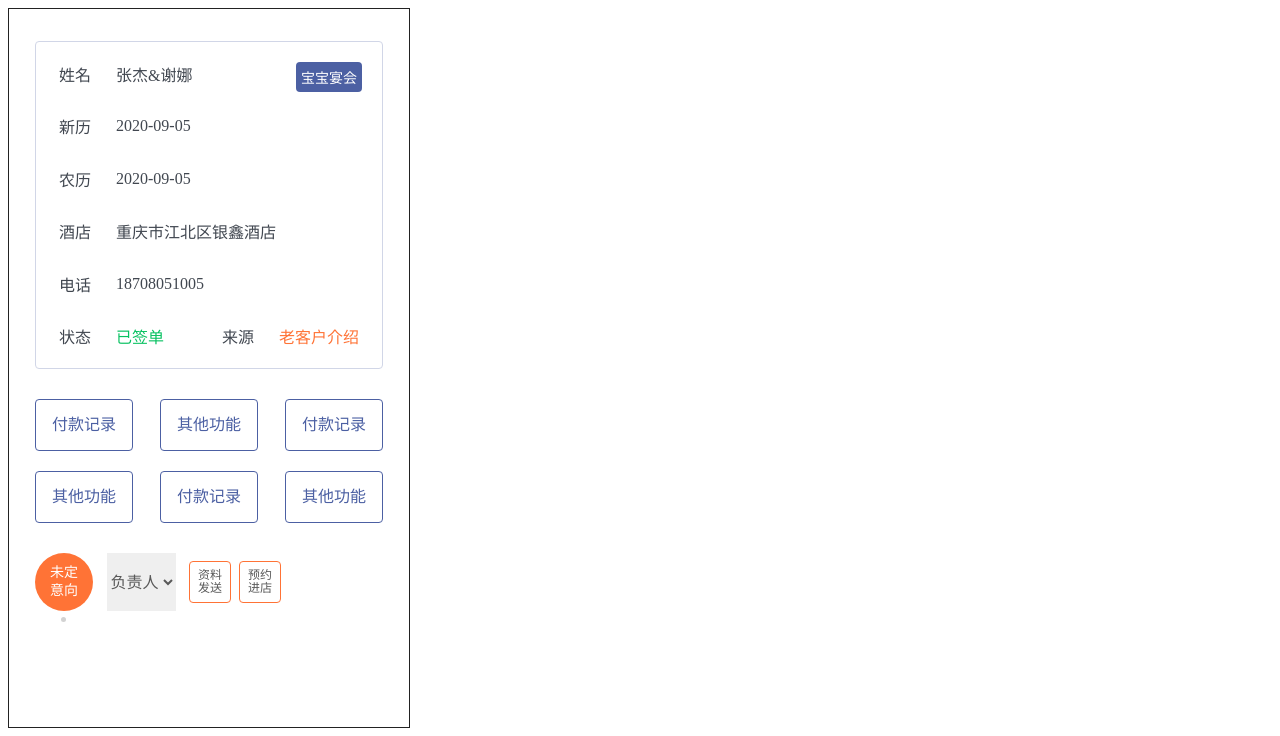
Repository: Lairuola/wedding-1
Page: index.html
These files come from the project's save history. The page is drawn as it stood at one moment and after the next save; the edit follows.
The browser window is 1280 px wide. The pictures show the whole page.

Above is the page before, as saved 2020-12-17 14:40:30.

### index.html
<!--
 * @Author       : 濑若拉
 * @Date         : 2020-12-17 10:22:14
 * @LastEditors  : 濑若拉
 * @LastEditTime : 2020-12-17 14:40:30
 * @FilePath     : /slidebar/index.html
-->


<!DOCTYPE html>
<html lang="en">

<head>
  <meta charset="UTF-8">
  <meta name="viewport" content="width=device-width, initial-scale=1.0">
  <title>Document</title>
  <style>
    .slide-left {
      width: 402px;
      height: 100vh;
      box-sizing: border-box;
      padding: 32px 26px;
      overflow-y: auto;
      display: flex;
      flex-direction: column;
      align-items: center;
      border: 1px solid #222;
    }

    .info {
      width: 100%;
      height: 328px;
      display: flex;
      flex-direction: column;
      justify-content: space-between;
      padding: 20px 23px;
      position: relative;
      box-sizing: border-box;
      border-radius: 4px;
      border: solid 1px #d1d6e7;
    }

    .info .row {
      width: 100%;
      display: flex;
      font-size: 16px;
      color: #414750;
      flex-direction: row;
      align-items: center;
    }

    .info .row .label,
    .info .end-row .item .label {
      margin-right: 25px;
    }

    .info .end-row {
      width: 100%;
      display: flex;
      flex-direction: row;
      align-items: center;
      justify-content: space-between;
      font-size: 16px;
      color: #414750;
    }

    .info .end-row .item {
      display: flex;
      flex-direction: row;
      align-items: center;
      font-size: 16px;
      color: #414750;
    }

    .info .info-tag {
      padding: 5px;
      background-color: #4c60a3;
      border-radius: 4px;
      font-size: 14px;
      color: #fff;
      position: absolute;
      top: 20px;
      right: 20px;
    }

    .btn-area {
      width: 100%;
      display: flex;
      flex-direction: row;
      align-items: center;
      justify-content: space-between;
      flex-wrap: wrap;
      margin-top: 10px;
      margin-bottom: 30px;
    }

    .btn-area .btn {
      width: 96px;
      height: 50px;
      background-color: #ffffff;
      border-radius: 4px;
      border: solid 1px #4c60a3;
      font-size: 16px;
      color: #4c60a3;
      text-align: center;
      line-height: 50px;
      margin-top: 20px;
    }

    .bot-area {
      width: 100%;
      display: flex;
      flex-direction: column;
    }

    .bot-area .item {
      width: 100%;
      display: flex;
      flex-direction: row;
      position: relative;
      padding-bottom: 17px;
    }

    .bot-area .item .circle {
      width: 58px;
      height: 58px;
      color: #fff;
      border-radius: 100%;
      display: flex;
      align-items: center;
      justify-content: center;
    }

    .bot-area .item .circle .text {
      width: 28px;
      height: 36px;
      font-size: 14px;
      line-height: 18px;
    }

    .bot-area .item .select-wrap {
      width: 96px;
      text-align: center;
    }

    .bot-area .item .select-wrap .bot-select {
      border: none;
      outline: none;
      color: #595959;
      font-size: 16px;
      height: 58px;
    }

    .bot-area .item .btn-row {
      flex: 1;
      display: flex;
      flex-direction: row;
      flex-wrap: wrap;
      margin-right: -8px;
    }

    .bot-area .item .btn-row .btn {
      width: 40px;
      height: 40px;
      border-radius: 4px;
      margin-right: 8px;
      border: 1px solid;
      display: flex;
      align-items: center;
      justify-content: center;
      margin-top: 8px;
      color: #595959;
    }

    .bot-area .item .btn-row .btn .word {
      width: 24px;
      height: 26px;
      font-size: 12px;
      line-height: 13px;
      letter-spacing: 0px;
    }

    .bot-area .item .dot {
      width: 5px;
      height: 5px;
      background-color: #d2d2d2;
      border-radius: 100%;
      position: absolute;
      bottom: 6px;
      left: 26px;
    }

    .bot-area .item .btn-row .btn.orange {
      border-color: #ff7336;
    }

    .bot-area .item .btn-row .btn.orange:hover {
      background-color: #ff7336;
      color: #fff;
    }

    .color-green {
      color: #07c160
    }

    .color-orange {
      color: #ff7336;
    }

    .bg-color-red {
      background-color: #ff7336;
    }
  </style>
</head>

<body>
  <div class="slide-left">
    <!-- 资料 -->
    <div class="info">
      <div class="row">
        <div class="label">姓名</div>
        <div class="content">张杰&谢娜</div>
      </div>
      <div class="row">
        <div class="label">新历</div>
        <div class="content">2020-09-05</div>
      </div>
      <div class="row">
        <div class="label">农历</div>
        <div class="content">2020-09-05</div>
      </div>
      <div class="row">
        <div class="label">酒店</div>
        <div class="content">重庆市江北区银鑫酒店</div>
      </div>
      <div class="row">
        <div class="label">电话</div>
        <div class="content">18708051005</div>
      </div>
      <div class="end-row">
        <div class="item">
          <div class="label">状态</div>
          <div class="content color-green">已签单</div>
        </div>
        <div class="item">
          <div class="label">来源</div>
          <div class="content color-orange">老客户介绍</div>
        </div>
      </div>
      <!-- tag -->
      <div class="info-tag">宝宝宴会</div>
    </div>
    <!-- btn-area -->
    <div class="btn-area">
      <div class="btn">付款记录</div>
      <div class="btn">其他功能</div>
      <div class="btn">付款记录</div>
      <div class="btn">其他功能</div>
      <div class="btn">付款记录</div>
      <div class="btn">其他功能</div>
    </div>
    <!-- bot-area -->
    <div class="bot-area">
      <div class="item">
        <div class="circle bg-color-red">
          <div class="text">未定意向</div>
        </div>
        <div class="select-wrap">
          <select class='bot-select' name="" id="">
            <option value="">负责人</option>
          </select>
        </div>
        <div class="btn-row">
          <div class="btn orange">
            <div class="word">资料发送</div>
          </div>
          <div class="btn orange">
            <div class="word">预约进店</div>
          </div>
        </div>
        <div class="dot"></div>
      </div>
    </div>
  </div>
</body>

</html>

After the next save:
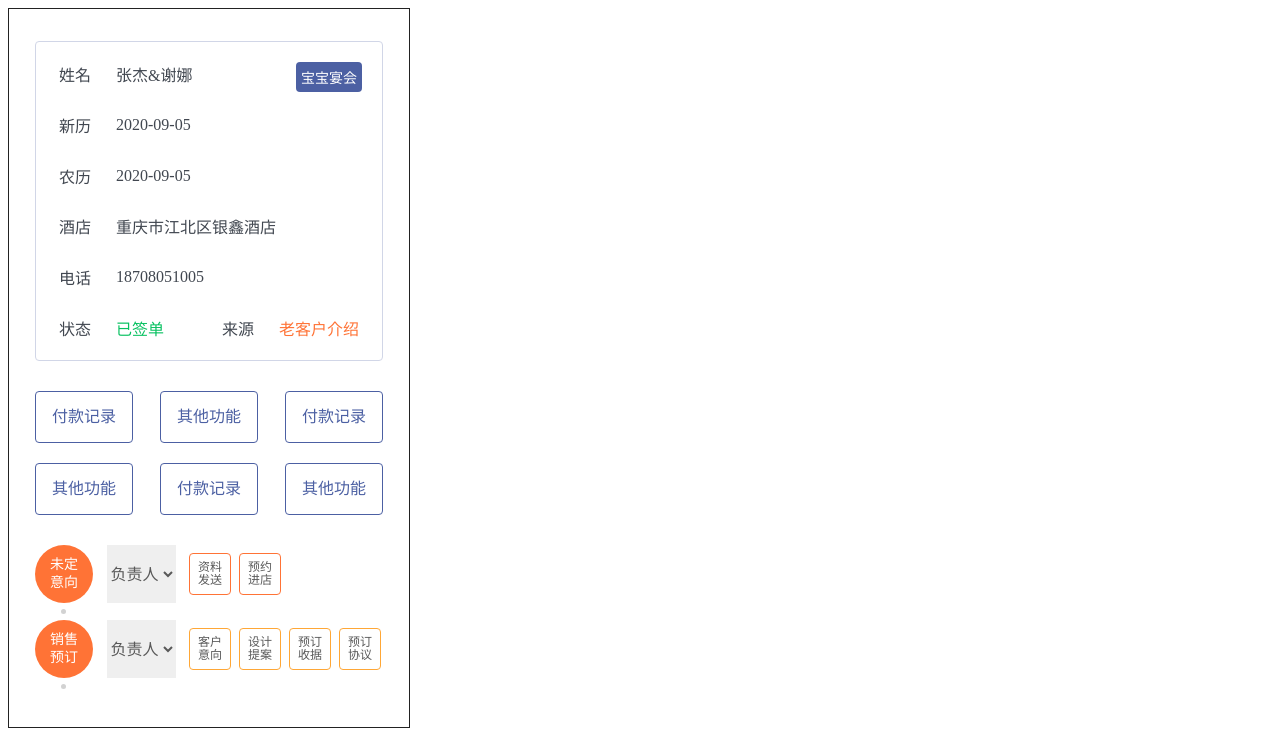
Saved 2 min 39 s later.
--- a/index.html
+++ b/index.html
@@ -2,7 +2,7 @@
  * @Author       : 濑若拉
  * @Date         : 2020-12-17 10:22:14
  * @LastEditors  : 濑若拉
- * @LastEditTime : 2020-12-17 14:40:30
+ * @LastEditTime : 2020-12-17 14:43:09
  * @FilePath     : /slidebar/index.html
 -->
 
@@ -196,6 +196,15 @@
 
     .bot-area .item .btn-row .btn.orange:hover {
       background-color: #ff7336;
+      color: #fff;
+    }
+
+    .bot-area .item .btn-row .btn.yellow {
+      border-color: #ffa736;
+    }
+
+    .bot-area .item .btn-row .btn.yellow:hover {
+      background-color: #ffa736;
       color: #fff;
     }
 
@@ -280,6 +289,31 @@
         </div>
         <div class="dot"></div>
       </div>
+      <div class="item">
+        <div class="circle bg-color-red">
+          <div class="text">销售预订</div>
+        </div>
+        <div class="select-wrap">
+          <select class='bot-select' name="" id="">
+            <option value="">负责人</option>
+          </select>
+        </div>
+        <div class="btn-row">
+          <div class="btn yellow">
+            <div class="word">客户意向</div>
+          </div>
+          <div class="btn yellow">
+            <div class="word">设计提案</div>
+          </div>
+          <div class="btn yellow">
+            <div class="word">预订收据</div>
+          </div>
+          <div class="btn yellow">
+            <div class="word">预订协议</div>
+          </div>
+        </div>
+        <div class="dot"></div>
+      </div>
     </div>
   </div>
 </body>
